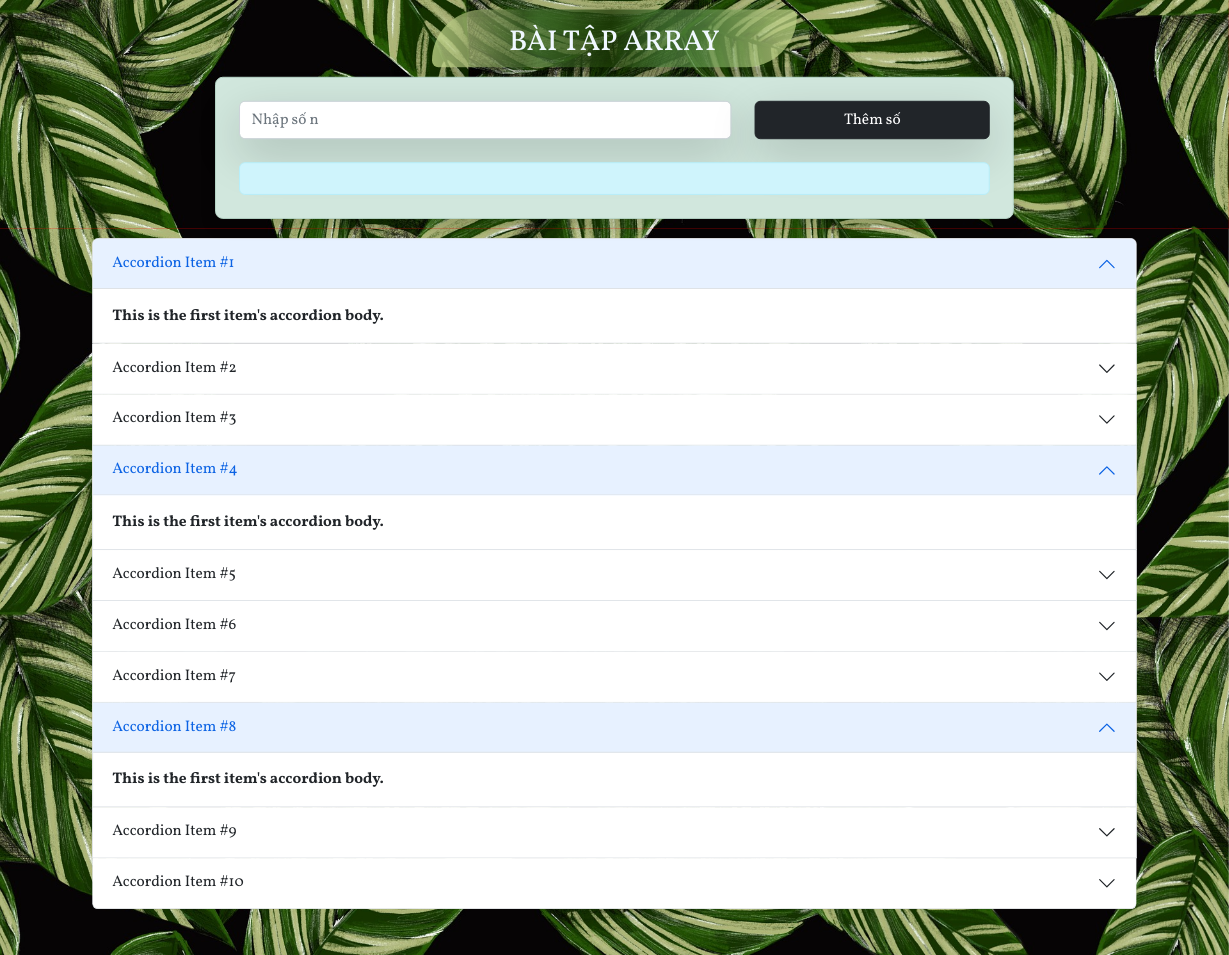
Repository: hcozyph/TranHuuPhuoc_BC43_BT_JS_Buoi7_8_ARRAY
Page: index.html
An editor plug-in stored every save of this project. The page is shown before and after the next save, followed by the edit.
The browser window is 1280 px wide. The pictures show the whole page, at 96% of full size.
Backgrounds fixed to the window are drawn as part of the page.

Above is the page before, as saved 2023-02-22 16:56:25.

After the next save:
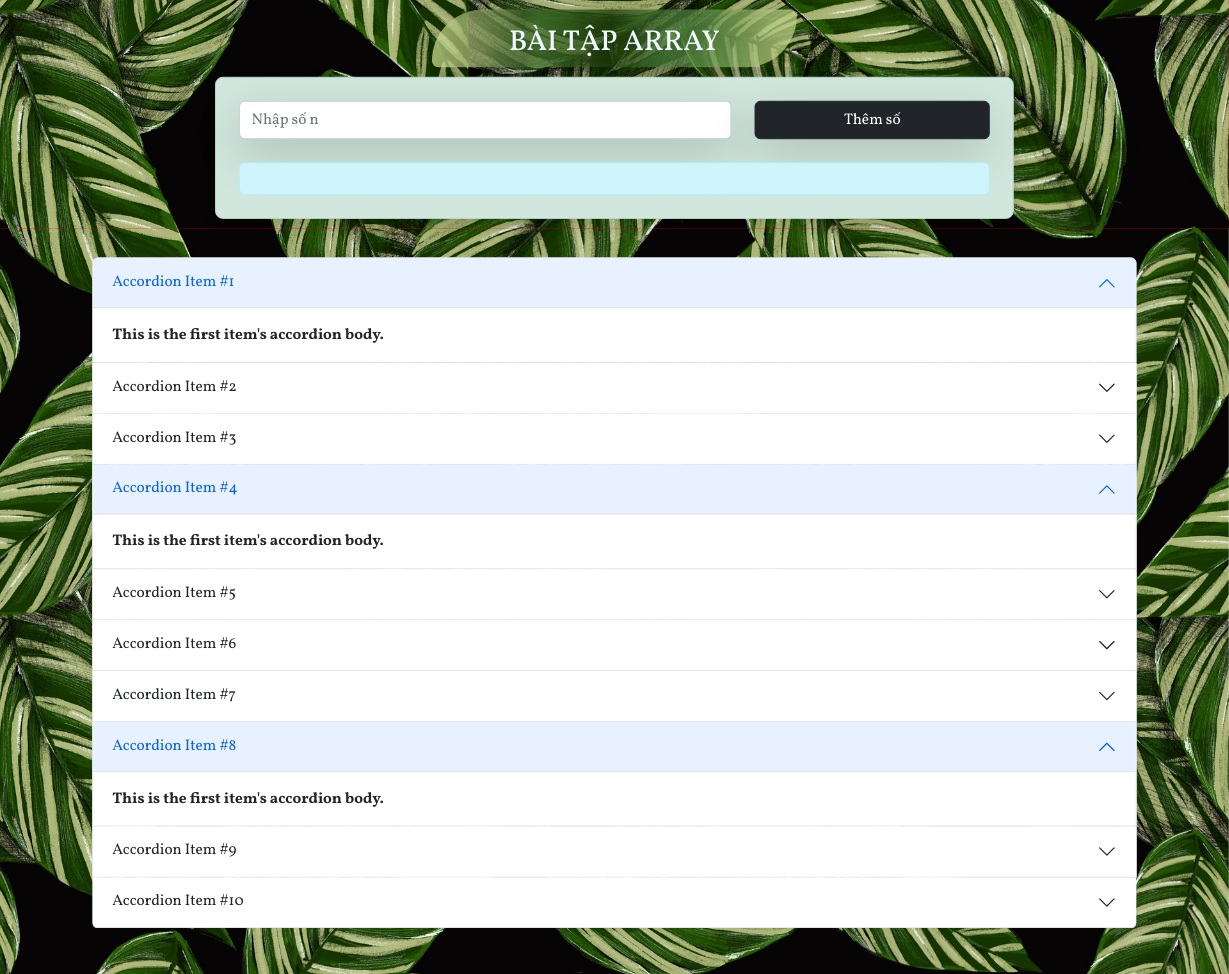
Saved 76 s later.
--- a/css/index.css
+++ b/css/index.css
@@ -64,5 +64,5 @@
     padding-top: 280px;
 }
 .accordion {
-    padding-top: 200px;
+    padding-top: 220px;
 }
